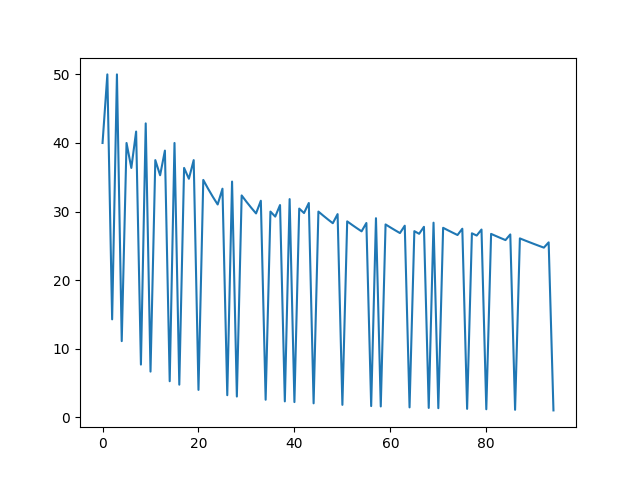
Repository: Vorztek/Data
Script's output: python Exercices_Python/Old_project/Maths_and_algorithms/Première_série_exo/génération_nombre_premiers.py
The author's editor kept a copy of each file at every save. The script's output is drawn from the files as they stood at one save, then again after the next save.
Random numbers start from a fixed seed.

Above is the script's output before, as saved 2021-07-28 16:04:40.

After the next save:
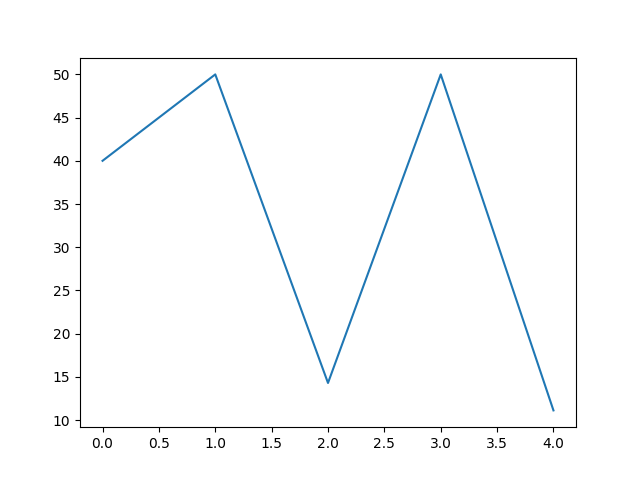
Saved 10 s later.
--- a/Exercices_Python/Old_project/Maths_and_algorithms/Première_série_exo/génération_nombre_premiers.py
+++ b/Exercices_Python/Old_project/Maths_and_algorithms/Première_série_exo/génération_nombre_premiers.py
@@ -33,7 +33,7 @@
 
 def courbe():
     #valeur = int(input("Quelle est la valeur maximale souhaitée : "))
-    liste1 = [number_of_prime(n) for n in range(5, 100)]
+    liste1 = [number_of_prime(n) for n in range(5, 10)]
     return liste1
 
 plt.plot(courbe())

After the save that followed:
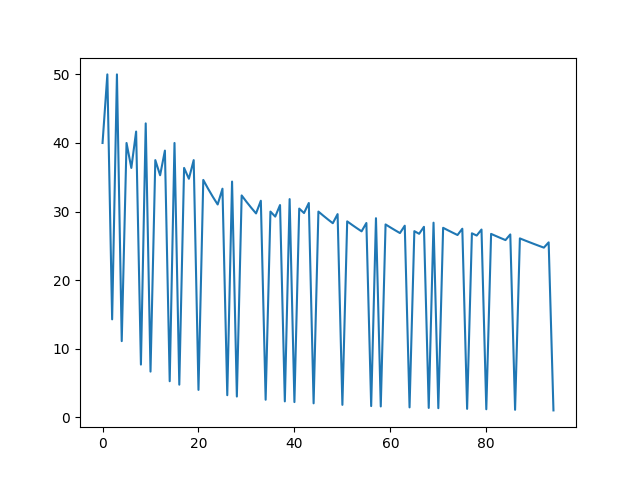
Saved 11 s later.
--- a/Exercices_Python/Old_project/Maths_and_algorithms/Première_série_exo/génération_nombre_premiers.py
+++ b/Exercices_Python/Old_project/Maths_and_algorithms/Première_série_exo/génération_nombre_premiers.py
@@ -33,7 +33,7 @@
 
 def courbe():
     #valeur = int(input("Quelle est la valeur maximale souhaitée : "))
-    liste1 = [number_of_prime(n) for n in range(5, 10)]
+    liste1 = [number_of_prime(n) for n in range(5, 100)]
     return liste1
 
 plt.plot(courbe())
